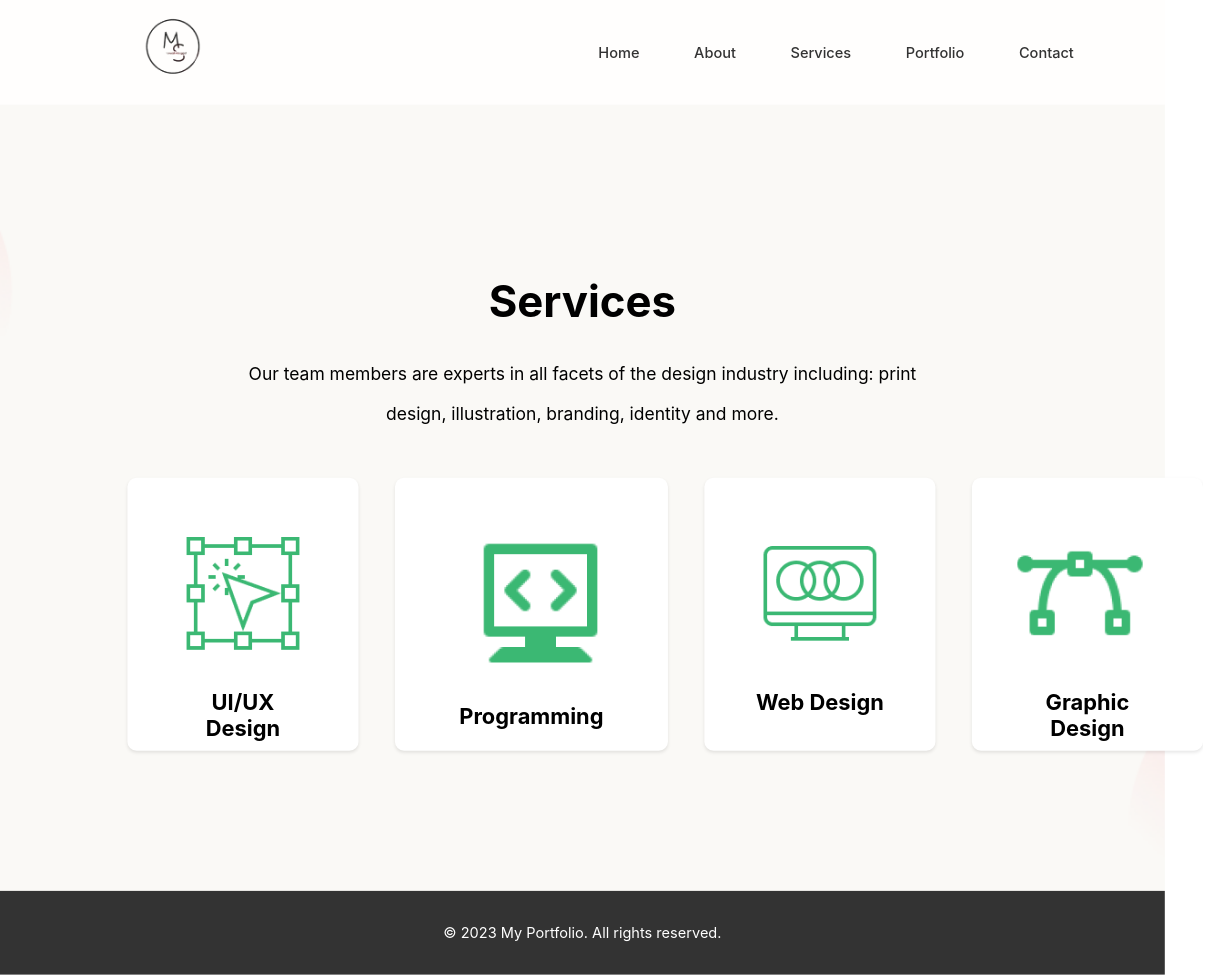
Repository: MEROO1010/Portfolio_00
Page: /services (app in portfolio_00/)
These files come from the project's save history. The page is drawn as it stood at one moment and after the next save; the edit follows.
The browser window is 1280 px wide. The page is 1322 px wide, then 1342 px, so the pictures cover 1342 px, including what lies to the right of the window. The pictures show the whole page, at 91% of full size.
The project was rebuilt for these pictures with package versions that can differ from the ones it lists, and the page was loaded fresh each time. Also part of the build but not shown: portfolio_00/src/components/Home.jsx, portfolio_00/src/components/About.jsx, portfolio_00/src/components/Portfolio.jsx, portfolio_00/src/components/Contact.jsx.

Above is the page before, as saved 2024-11-19 10:23:36.

### portfolio_00/src/App.jsx
import React from 'react';
import { BrowserRouter, Route, Routes } from 'react-router-dom';
import Header from './components/Header';
import Home from './components/Home';
import About from './components/About';
import Services from './components/Services';
import Portfolio from './components/Portfolio';
import Contact from './components/Contact';
import Footer from './components/Footer';
// import GlobalStyle from './styles/global';

const App = () => {
  return (
    <BrowserRouter>
    <Header />
    <Routes>
      <Route path="/"  element={<Home />} />
      <Route path="/about"  element={<About />} />
      <Route path="/services" element={<Services  />} />

      <Route path="/portfolio" element={<Portfolio />} />
      <Route path="/contact" element={<Contact />} />
    </Routes>

    <Footer />
  </BrowserRouter>
  );
};

export default App;

### portfolio_00/src/features/counter/counterSlice.js
import { createAsyncThunk, createSlice } from '@reduxjs/toolkit';
import { fetchCount } from './counterAPI';

const initialState = {
  value: 0,
  status: 'idle',
};

// The function below is called a thunk and allows us to perform async logic. It
// can be dispatched like a regular action: `dispatch(incrementAsync(10))`. This
// will call the thunk with the `dispatch` function as the first argument. Async
// code can then be executed and other actions can be dispatched. Thunks are
// typically used to make async requests.
export const incrementAsync = createAsyncThunk(
  'counter/fetchCount',
  async (amount) => {
    const response = await fetchCount(amount);
    // The value we return becomes the `fulfilled` action payload
    return response.data;
  }
);

export const counterSlice = createSlice({
  name: 'counter',
  initialState,
  // The `reducers` field lets us define reducers and generate associated actions
  reducers: {
    increment: (state) => {
      // Redux Toolkit allows us to write "mutating" logic in reducers. It
      // doesn't actually mutate the state because it uses the Immer library,
      // which detects changes to a "draft state" and produces a brand new
      // immutable state based off those changes
      state.value += 1;
    },
    decrement: (state) => {
      state.value -= 1;
    },
    // Use the PayloadAction type to declare the contents of `action.payload`
    incrementByAmount: (state, action) => {
      state.value += action.payload;
    },
  },
  // The `extraReducers` field lets the slice handle actions defined elsewhere,
  // including actions generated by createAsyncThunk or in other slices.
  extraReducers: (builder) => {
    builder
      .addCase(incrementAsync.pending, (state) => {
        state.status = 'loading';
      })
      .addCase(incrementAsync.fulfilled, (state, action) => {
        state.status = 'idle';
        state.value += action.payload;
      });
  },
});

export const { increment, decrement, incrementByAmount } = counterSlice.actions;

// The function below is called a selector and allows us to select a value from
// the state. Selectors can also be defined inline where they're used instead of
// in the slice file. For example: `useSelector((state: RootState) => state.counter.value)`
export const selectCount = (state) => state.counter.value;

// We can also write thunks by hand, which may contain both sync and async logic.
// Here's an example of conditionally dispatching actions based on current state.
export const incrementIfOdd = (amount) => (dispatch, getState) => {
  const currentValue = selectCount(getState());
  if (currentValue % 2 === 1) {
    dispatch(incrementByAmount(amount));
  }
};

export default counterSlice.reducer;

### portfolio_00/src/components/Header.jsx
import React from 'react';
import styled from 'styled-components';
import { Link } from 'react-router-dom';
import ImageLogo from '../assets/white_logo.png';

const HeaderContainer = styled.header`
  background-color: #FFFEFD;
  padding: 10px 100px;
  display: flex;
  justify-content: space-between;
  align-items: center;
`;

const Logo = styled.h1`
  margin:4px;
  padding-left:40px;
`;

const NavLinks = styled .nav`
  display: flex;
  gap: 60px;
`;

const NavLink = styled(Link)`
  text-decoration: none;
  color: #333;
  font-weight: 500;

  &:hover {
    color: #3BB873;
  }
`;

const Header = () => {
  return (
    <HeaderContainer>
      <Logo><img src={ImageLogo} alt="Description of image" /></Logo>
      <NavLinks>
        <NavLink to="/">Home</NavLink>
        <NavLink to="/about">About</NavLink>
        <NavLink to="/services">Services</NavLink>
        <NavLink to="/portfolio">Portfolio</NavLink>
        <NavLink to="/contact">Contact</NavLink>
      </NavLinks>
    </HeaderContainer>
  );
};

export default Header;

### portfolio_00/src/components/Services.jsx
import React from "react";
import styled from "styled-components";
import UI_UX from "../assets/UI_UX.png";
import programming from "../assets/Programming.png";
import webdesign from "../assets/web_design.png";
import graphic_design from "../assets/graphic_design.png";
import bg3 from "../assets/services_bg.png";

const Container = styled.div`
  display: flex;
  justify-content: center;
  align-items: center;
  flex-direction: column;

  background-image: url(${bg3});
  background-position: center;
  background-size:cover;
  height: 120vh;

`;

const Title = styled.h1`
  font-size: 3rem;
  font-weight: bold;
  margin-bottom: 20px;
`;

const Subtitle = styled.p`
  font-size: 1.2rem;
  margin-bottom: 40px;
  p{
    text-align: center;
  }
`;

const ServicesContainer = styled.div`
  display: flex;
  justify-content: space-between;
  width: 80%;
  max-width: 1000px;
  margin: 0 auto;
`;

const ServiceCard = styled.div`
  background-color: white;
  border-radius: 10px;
  padding: 50px;
  box-shadow: 0 2px 4px rgba(0, 0, 0, 0.1);
  text-align: center;
  width: 200px;
  height:200px;
  margin-right: 40px;
  float: left;
  justify-content:space-around;
`;



const ServiceTitle = styled.h3`
  font-size: 1.5rem;
  font-weight: bold;
  margin-bottom: 10px;
`;

const Services = () => {
  return (
    <Container>
      <Title>Services</Title>
      <Subtitle>
        Our team members are experts in all facets of the design industry
        including: print<br/> <p>design, illustration, branding, identity and more.</p>
      </Subtitle>
      <ServicesContainer>
        <ServiceCard>
          <img src={UI_UX} alt="" />
          <ServiceTitle>UI/UX Design</ServiceTitle>
        </ServiceCard>
        <ServiceCard>
          <img src={programming} alt="" />
          <ServiceTitle>Programming</ServiceTitle>
        </ServiceCard>
        <ServiceCard>
          <img src={webdesign} alt="" />
          <ServiceTitle>Web Design</ServiceTitle>
        </ServiceCard>
        <ServiceCard>
          <img src={graphic_design} alt="" />
          <ServiceTitle>Graphic Design</ServiceTitle>
        </ServiceCard>
      </ServicesContainer>
    </Container>
  );
};

export default Services;

### portfolio_00/src/components/Footer.jsx
import React from 'react';
import styled from 'styled-components';

const FooterContainer = styled.footer`
  padding: 20px;
  background-color: #333;
  color: white;
  text-align: center;
`;

const Footer = () => {
  return (
    <FooterContainer>
      <p>&copy; 2023 My Portfolio. All rights reserved.</p>
    </FooterContainer>
  );
};

export default Footer;

Loaded but not shown: portfolio_00/public/index.html (common file); portfolio_00/src/index.js (common file); portfolio_00/src/app/store.js (common file); portfolio_00/src/reportWebVitals.js (common file); portfolio_00/src/index.css (common file); portfolio_00/src/features/counter/counterAPI.js (common file)

After the next save:
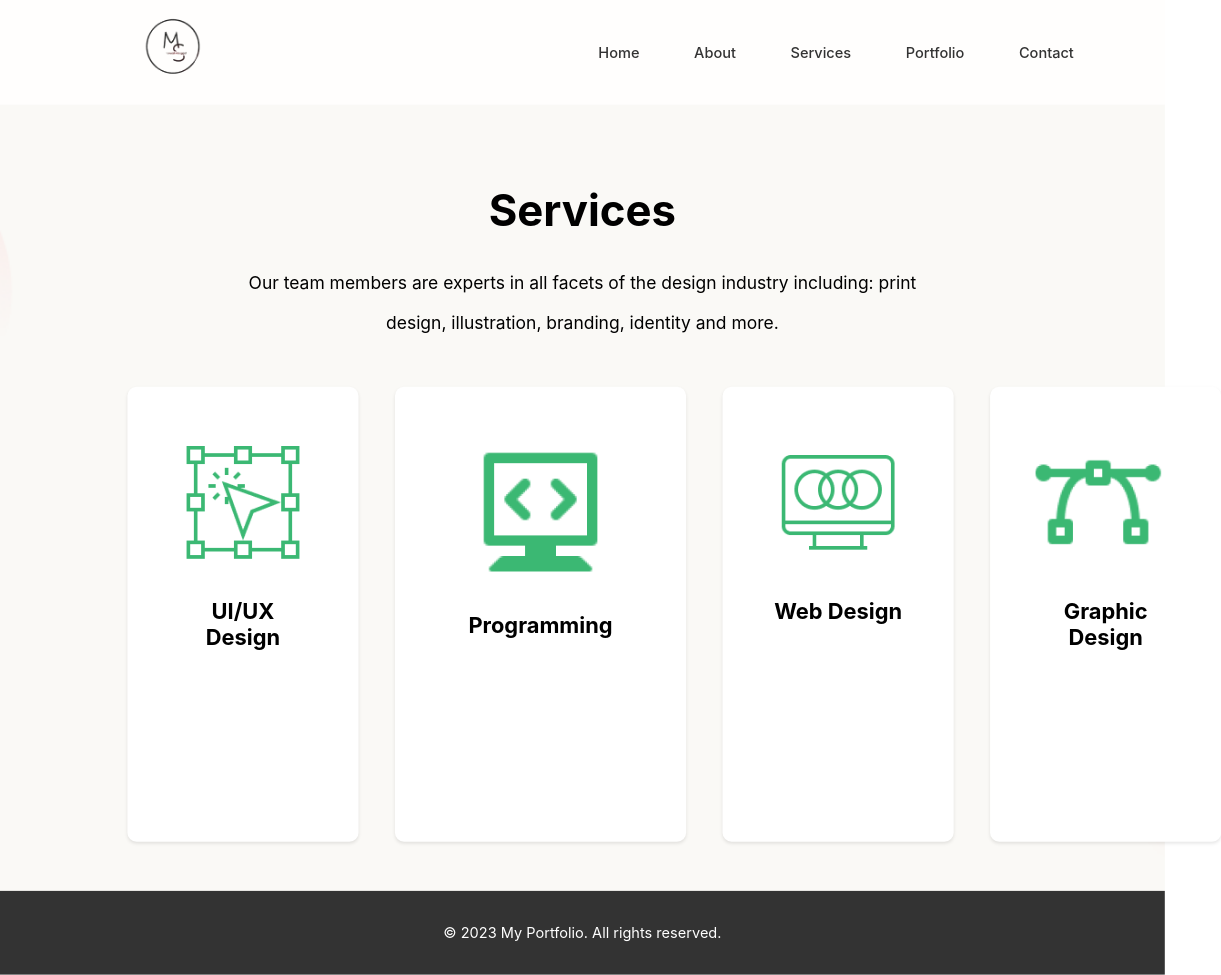
Saved 39 s later.
--- a/portfolio_00/src/components/Services.jsx
+++ b/portfolio_00/src/components/Services.jsx
@@ -47,8 +47,8 @@ const ServiceCard = styled.div`
   padding: 50px;
   box-shadow: 0 2px 4px rgba(0, 0, 0, 0.1);
   text-align: center;
-  width: 200px;
-  height:200px;
+  width: 400px;
+  height:400px;
   margin-right: 40px;
   float: left;
   justify-content:space-around;
